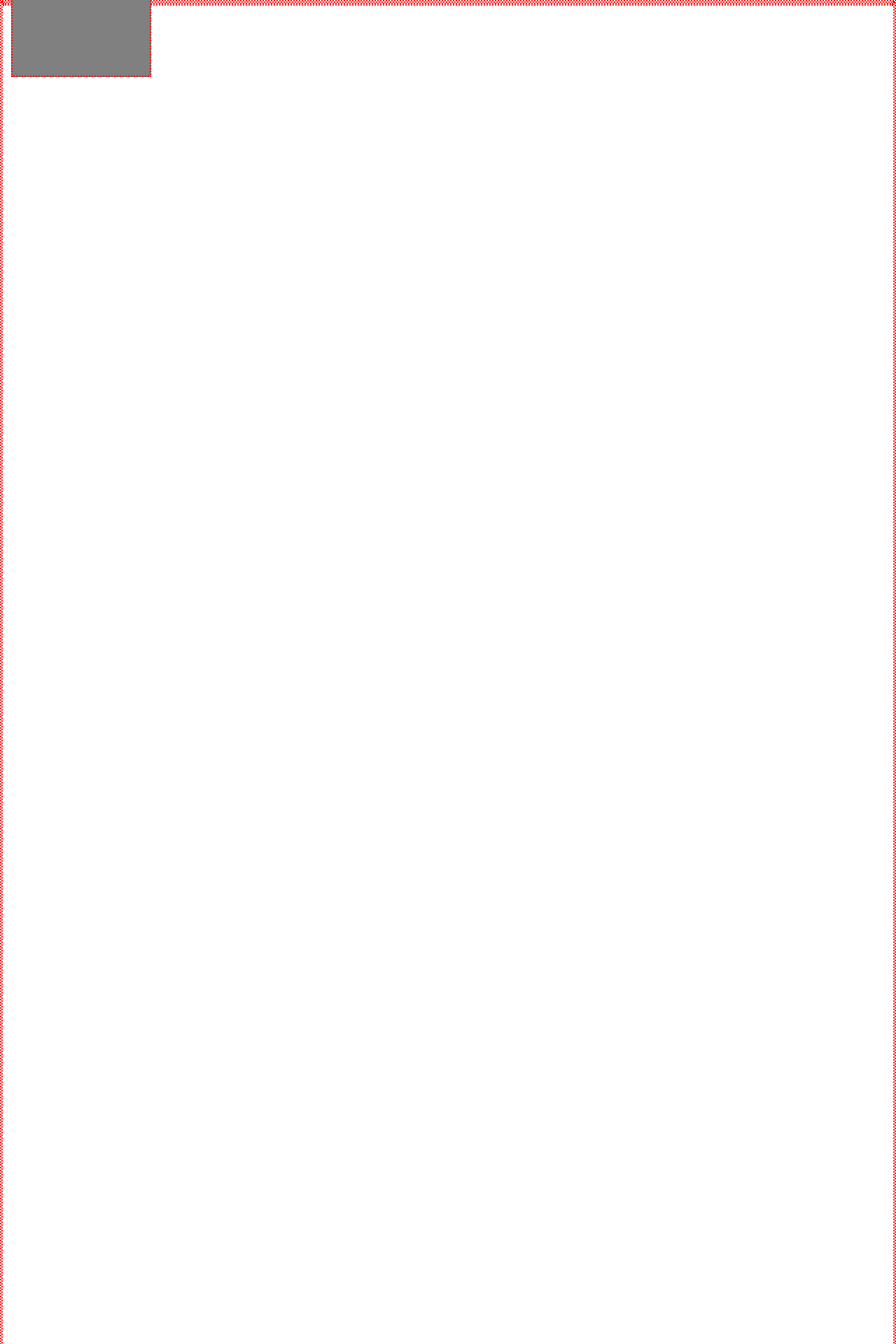
Repository: LavriaNeptune/css-basic
Page: position/top.html
An editor plug-in stored every save of this project. The page is shown before and after the next save, followed by the edit.
The browser window is 1280 px wide. The pictures show the part of the page from y = 0 to 1920 px (the page is 3004 px tall), at 70% of full size.

Above is the page before, as saved 2022-08-19 20:06:14.

After the next save:
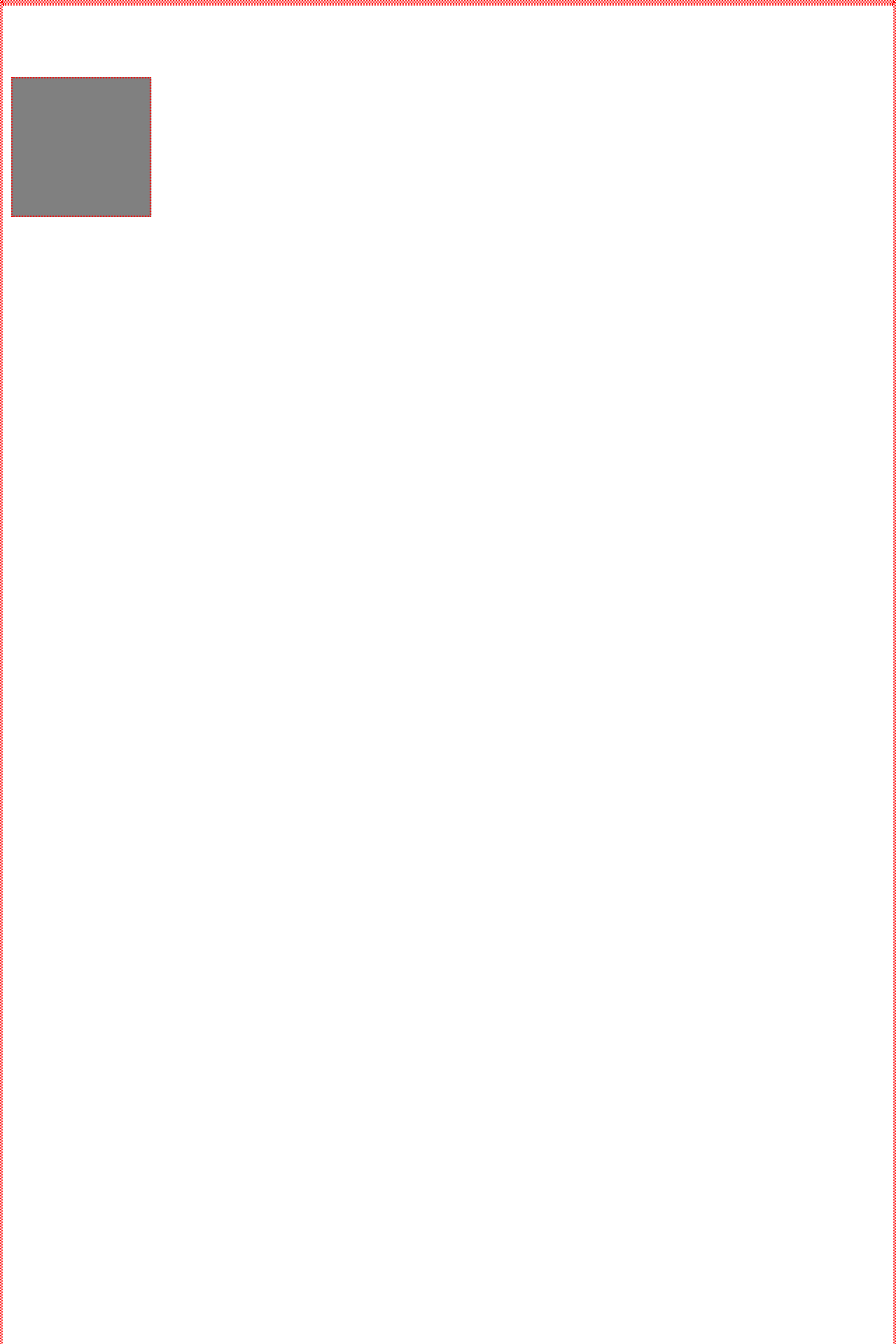
Saved 6 s later.
--- a/position/top.html
+++ b/position/top.html
@@ -21,7 +21,7 @@
 
         position: absolute;
 
-        top: -100px;
+        top: 100px;
       }
     </style>
   </head>
